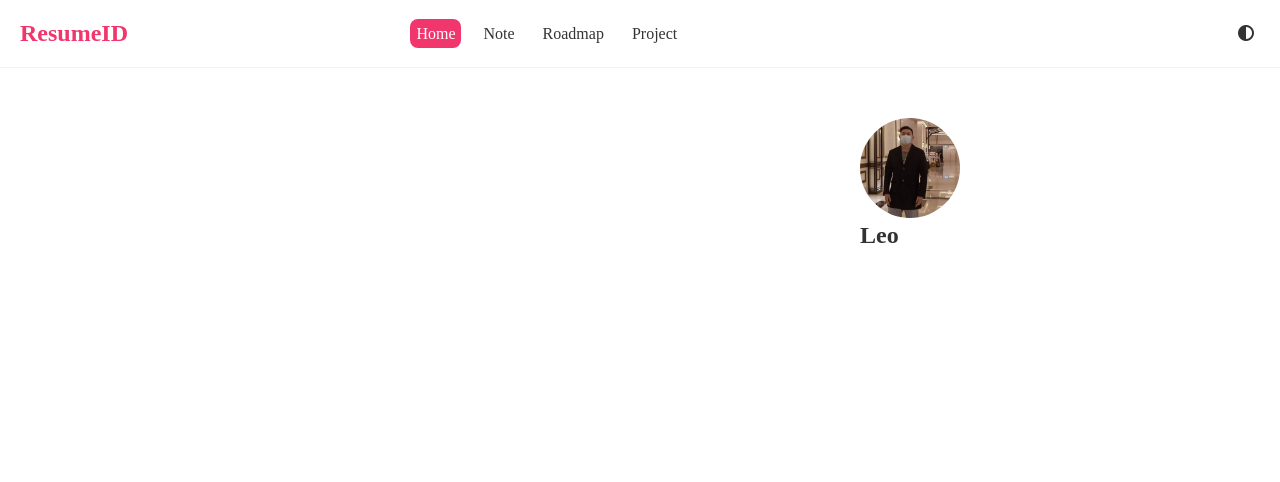
Repository: leo-play-code/ResumeID
Page: /
These files come from the project's save history. The page is drawn as it stood at one moment and after the next save; the edit follows.
The browser window is 1280 px wide. The pictures show the whole page.
Some web libraries are served in a nearby version. The project was rebuilt for these pictures with package versions that can differ from the ones it lists, and the page was loaded fresh each time. Also part of the build but not shown: src/Note/Note.js, src/Roadmap/Roadmap.js, src/Project/Project.js.

Above is the page before, as saved 2022-10-18 13:32:40.

After the next save:
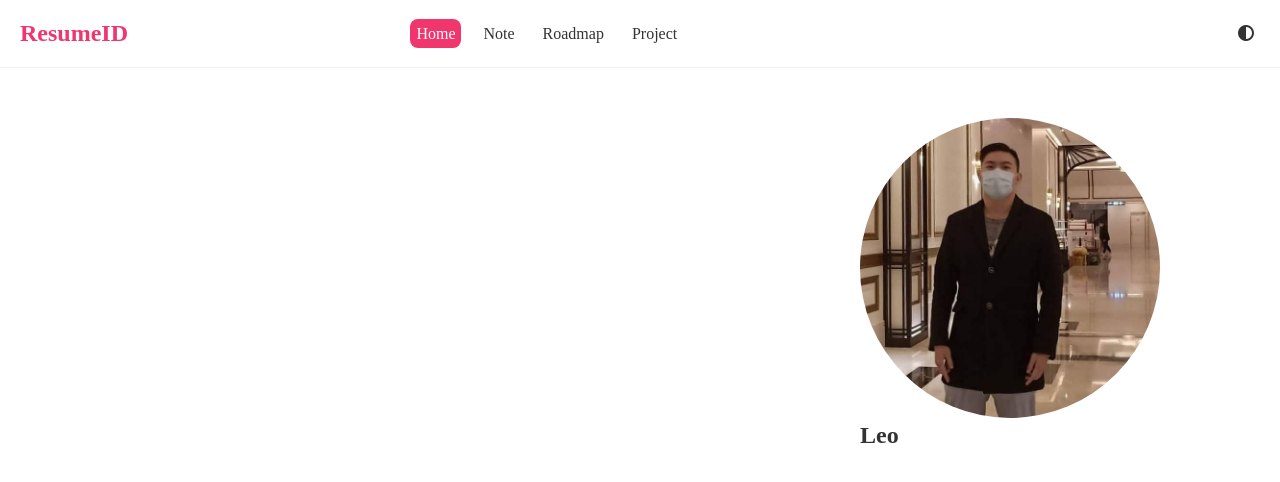
Saved 13 s later.
--- a/src/index.css
+++ b/src/index.css
@@ -53,5 +53,5 @@
 
 .Home .profile-container img{
   border-radius: 50%;
-  max-width: 100px;
+  max-width: 300px;
 }
